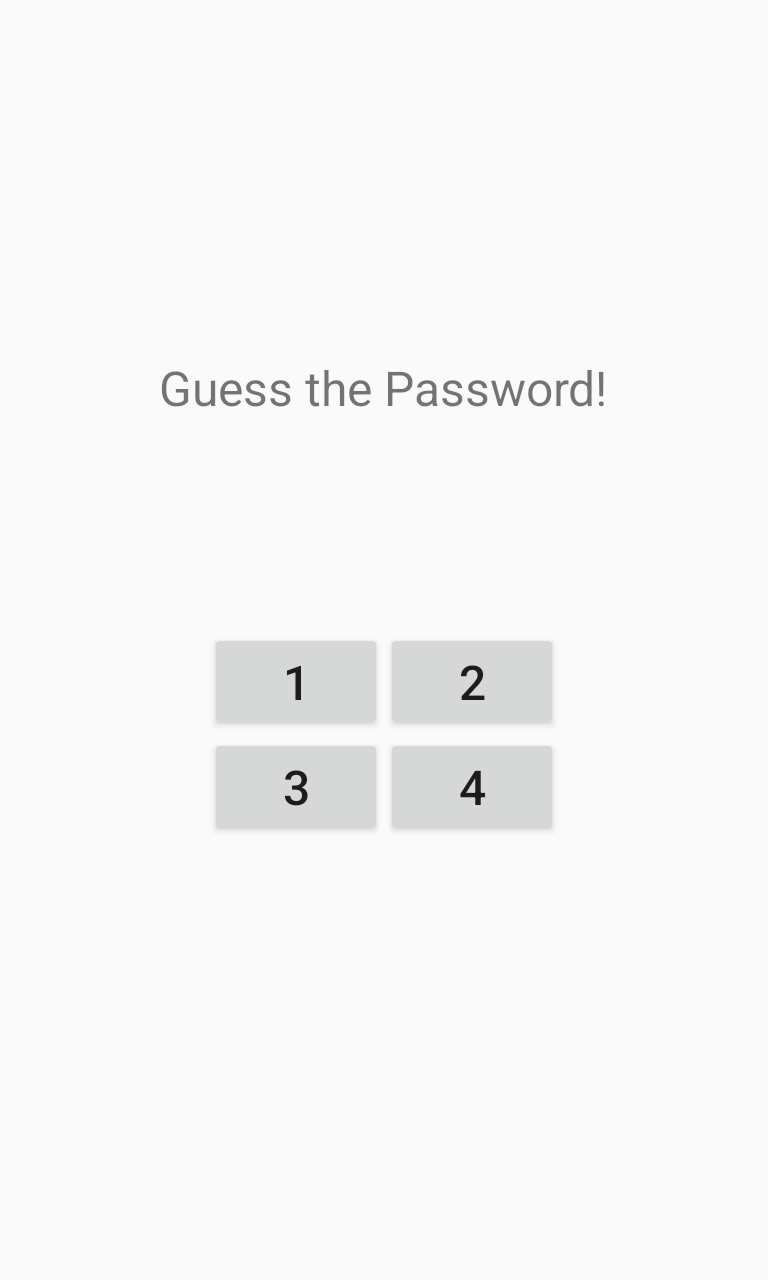
Repository: cryder3/csc303
Layout: Challenge1/res/layout/activity_topsecret.xml
These files come from the project's save history. The layout is drawn as it stood at one moment and after the next save; the edit follows.
It is drawn on a 768 x 1280 px phone screen (xhdpi) without system bars, with theme AppTheme; the app's code is not run.

Above is the layout before, as saved 2014-09-10 15:52:20.

After the next save:
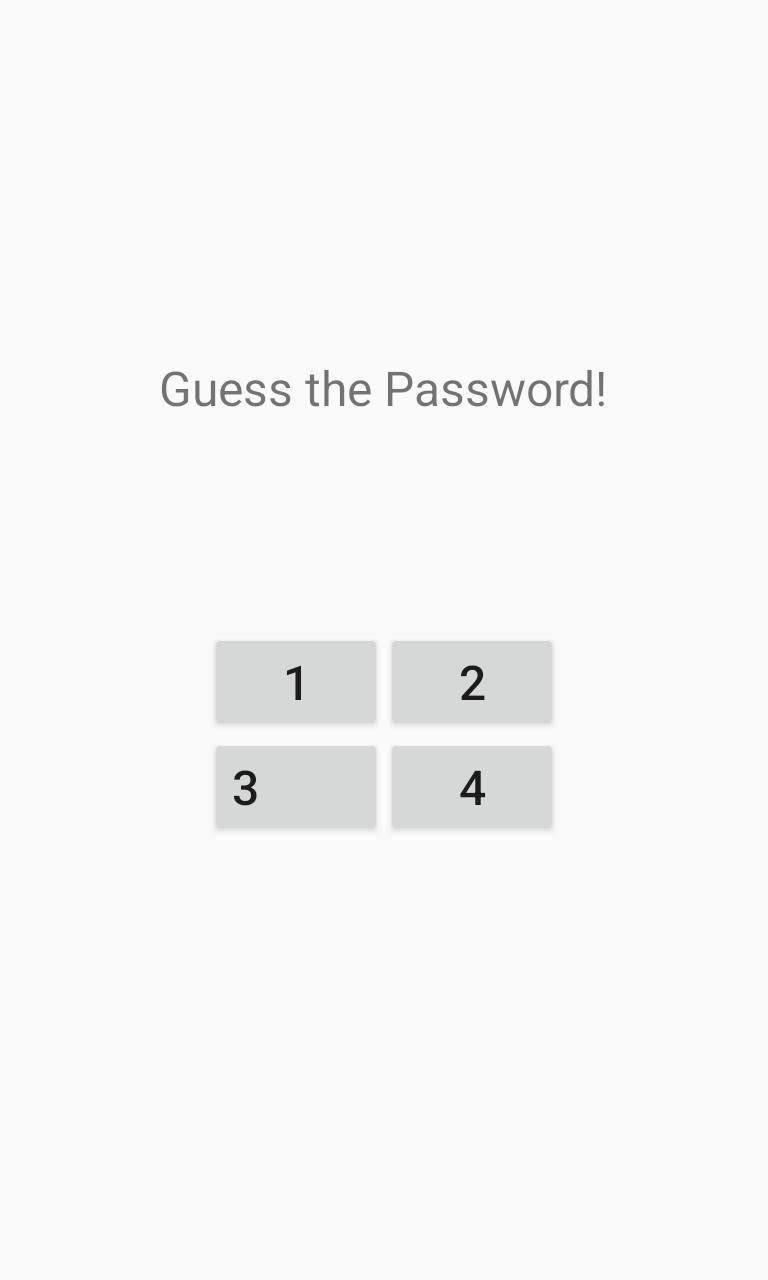
Saved 55 s later.
--- a/Challenge1/res/layout/activity_topsecret.xml
+++ b/Challenge1/res/layout/activity_topsecret.xml
@@ -57,7 +57,8 @@
             android:layout_height="wrap_content"
             android:textSize="24dp"
             android:marginRight="50dp"
-            android:text="@string/three" />
+            android:text="@string/three"
+            android:gravity="left" />
 
         <Button
             android:id="@+id/button4"
